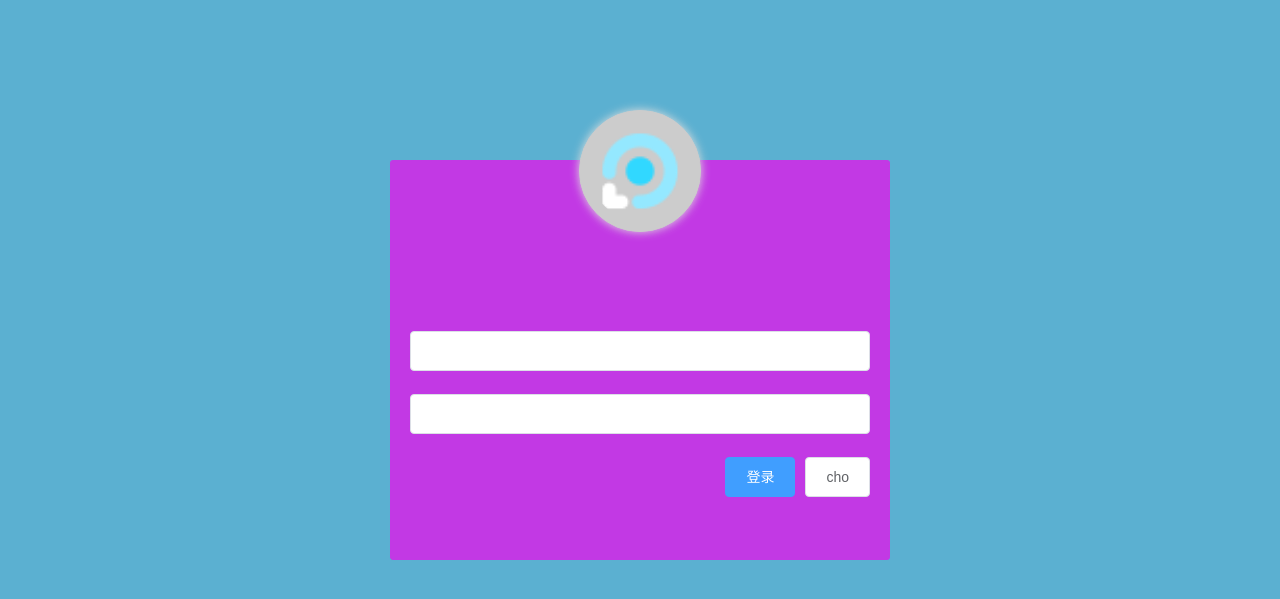
Repository: yuanquan-art/vue-cli
Page: /
These files come from the project's save history. The page is drawn as it stood at one moment and after the next save; the edit follows.
The browser window is 1280 px wide. The pictures show the whole page.
The project was rebuilt for these pictures with package versions that can differ from the ones it lists, and the page was loaded fresh each time. Also part of the build but not shown: vue.config.js, src/components/Face/Face.vue, src/components/Home.vue, src/components/user.vue, src/components/showAddUser.vue, src/components/showAddDept.vue, src/components/showUpdateDept.vue, src/components/showAddJob.vue and 10 more. Imported but missing from the stored project, and not drawn on this page: src/components/showUpdateUser.vue.

Above is the page before, as saved 2020-10-17 10:45:31.

### src/main.js
import Vue from 'vue'
import App from './App.vue'
import router from './router'
import store from './store'
import './plugins/element.js'
import './assets/css/global.css'

import axios from 'axios'
// 配置请求的根路径
// axios.defaults.baseURL = 'http://95659512372a.ngrok.io/csi_employee_home_webui/'
// 通过axios 请求拦截器添加token,保证拥有获取数据的权限
axios.interceptors.request.use (config => {
  //为请求头对象，添加Token验证的Authorization字段
  config.headers.Authorization = window.sessionStorage.getItem('token')
  return config
})
Vue.prototype.$http = axios

Vue.config.productionTip = false

new Vue({
  router,
  store,
  render: h => h(App)
}).$mount('#app')

### src/App.vue
<template>
  <div id="app">
     <!-- 路由占位符 -->
     <router-view></router-view>
  </div>
</template>

<script>

export default {

}
</script>

<style lang="less" scoped>

</style>

### src/router/index.js
import Vue from 'vue'
import VueRouter from 'vue-router'
import Login from "../components/Login.vue"
import Face from "../components/Face/Face.vue"
import Home from "../components/Home.vue"
import Users from '../components/user.vue'
import UpdateUser from '../components/showUpdateUser.vue'
import AddUser from '../components/showAddUser.vue'
import AddDept from '../components/showAddDept.vue'
import UpdateDept from '../components/showUpdateDept.vue'
import AddJob from '../components/showAddJob.vue'
import UpdateJob from '../components/showUpdateJob.vue'
import EmployeeQuery from "../components/Employee/EmployeeQuery.vue";
import ShowAddEmployee from "../components/Employee/ShowAddEmployee.vue";
import ShowUpdateEmployee from "../components/Employee/ShowUpdateEmployee.vue";
import Notice from "../components/Notice/Notice.vue";
import UpdateNotice from "../components/Notice/ShowUpdateNotice.vue";
import AddNotice from "../components/Notice/ShowAddNotice.vue";
import Document from "../components/Document/Document.vue";
import UpdateDocument from "../components/Document/ShowUpdateDocument.vue";
import AddDocument from "../components/Document/ShowAddDocument.vue";

Vue.use(VueRouter);

const routes = [
  { path: "/", redirect: "/login" },
  {
    path: '/login',component: Login
  },
  {
    path: '/home',
    component: Home,
    children: [
  {
    path: '/face',component: Face
  },
  {
    path: "/employee",
    component: EmployeeQuery,
  },
  {
    path: "/addEmployee",
    component: ShowAddEmployee,
  },
  {
    path: "/updateEmployee",
    component: ShowUpdateEmployee,
  },
  {
    path: "/notice",
    component: Notice,
  },
  {
    path: "/updateNotice",
    component: UpdateNotice,
  },
  {
    path: "/addNotice",
    component: AddNotice,
  },
  {
    path: "/document",
    component: Document,
  },
  {
    path: "/updateDocument",
    component: UpdateDocument,
  },
  {
    path: "/addDocument",
    component: AddDocument,
  },
  { path: '/users', component: Users },
      { path: '/updateuser', component: UpdateUser },
      { path: '/adduser', component: AddUser },
      { path: '/adddept', component: AddDept },
      { path: '/updatedept', component: UpdateDept },
      { path: '/updatejob', component: UpdateJob },
      { path: '/addjob', component: AddJob }
]
  }
];

const router = new VueRouter({
  routes,
});

export default router;

### src/plugins/element.js
import Vue from 'vue'
import {
    Button,
    Breadcrumb,
    BreadcrumbItem,
    Card,
    Select,
    Option,
    Input,
    Row,
    Table,
    TableColumn,
    Pagination,
    Form,
    FormItem,
    Container,
    Header,
    Aside,
    Menu,
    Submenu,
    MenuItem,
    Main,
    Col
} from 'element-ui'


Vue.use(Button)
Vue.use(Breadcrumb)
Vue.use(BreadcrumbItem)
Vue.use(Card)
Vue.use(Select)
Vue.use(Option)
Vue.use(Input)
Vue.use(Row)
Vue.use(Table)
Vue.use(TableColumn)
Vue.use(Pagination)
Vue.use(Form)
Vue.use(FormItem)
Vue.use(Container)
Vue.use(Header)
Vue.use(Aside)
Vue.use(Menu)
Vue.use(Submenu)
Vue.use(MenuItem)
Vue.use(Main)
Vue.use(Col)

### src/assets/css/global.css
/* 全局样式表 */
html,
body,
#app {
    height: 100%;
    margin: 0;
    padding: 0;
}
.el-breadcrumb {
    margin-bottom: 15px;
    font-size: 15px;
}
.el-card {
    box-shadow: 0 1px 1px rgba(0, 0, 0, 0.15) !important;
}
.el-table {
    margin-bottom: 15px;
    font-size: 12px;
    margin-top: 15px;
}
.el-steps {
    margin: 15px 0;
}
.el-step__title {
    font-size: 13px;
}
.el-cascader-panel {
    height: 200px
}
.ql-editor {
    min-height: 300px;
 }
.area{
	margin-top: 20px;
	width: 500px;
	height: 300px;
}

### src/components/Login.vue
<template>
    <div class="login_container">
        <div class="login_box">
            <!-- 头像区域 -->
           <div class="avatar_box">
               <img src="../assets/images/icon.png" alt="">
           </div>
           <!-- 登录表单区域 -->
           <el-form ref="loginFormRef" :model="loginForm" :rules="loginFormRules" label-width="0px" class="login_form">
               <!-- 用户名 -->
              <el-form-item prop="username">
                 <el-input v-model="loginForm.username" prefix-icon="iconfont icon-user"></el-input>
              </el-form-item>
              <!-- 密码 -->
              <el-form-item prop="password">
                 <el-input v-model="loginForm.password" prefix-icon="iconfont icon-3702mima" type="password"></el-input>
              </el-form-item>
              <el-form-item class="btns">
                  <!-- 登录 -->
                  <el-button type="primary" @click="login">登录</el-button>
                  <!-- 刷脸登录 -->
                  <el-button  @click="FaceLogin">cho</el-button>
              </el-form-item>
           </el-form>
        </div>
    </div>
</template>

<script>
export default {
     data () {
         return {
          // 这是登录表单的数据绑定对象
         loginForm: {
                username: '',
                password: ''
            },
            // 这是登录表单验证的规则对象
         loginFormRules: {
             // 验证用户名是否合法
             username: [
              { required: true, message: '请输入登录名称', trigger: 'blur' },
              { min: 3, max: 10, message: '长度在 3 到 10 个字符', trigger: 'blur' }
            ],
             // 验证密码是否合法
             password: [
             { min: 6, max: 15, message: '长度在 6 到 15 个字符', trigger: 'blur' }
            ]
         }
      }
    },
    methods: {
        //点击重置按钮，重置登录表单
       async login () {
        // 表单预验证
        // this.$refs.loginFormRef.validate(async valid => {
        //   if (!valid) return;
        const res =await this.$http.post('/api/user/login',{
                  "loginName":"test1",
                  "password":"123456"
         }
          );
          console.log(res)
        //   if (res.meta.status !== 200) return this.$message.error('登录失败');
        //   this.$message.success('登录成功');
        //   // 1. 将登录成功之后的token,保存到客户端的sessionStorage 中
        //   //   1.1 项目中出了登录之外的其他API接口，必须在登录之后才能访问
        //   //   1.2 token 只应在当前网站打开期间生效，所以将token保存在sessionStorage中
        //    window.sessionStorage.setItem('token',res.data.token);
          // 2.通过编程式导航跳转到后台主页，路由地址是 /home
          this.$router.push('/home')
        // });
        }
    }
}
</script>

<style lang="less" scoped>
 .login_container {
     background-color: rgb(91, 176, 209);
     height: 100%;
     position: relative;
 }
 .login_box {
    height: 400px;
    width: 500px;
    border-radius: 3px;
    background-color: rgb(194, 57, 228);
    position: absolute;
    top: 50%;
    left: 50%;
    transform: translate(-50%,-50%);
 }
 .avatar_box {
     width: 100px;
     height: 100px;
     background-color: #ccc;
     border-radius: 50%;
     padding: 10px;
     margin: -50px auto 0;
     border: 1px solid #ccc;
     box-shadow: 0 0 10px #ddd;
     img {
         width: 100px;
         width: 100px;
         border-radius: 50%;
     }
 }
 .btns {
     display: flex;
     justify-content: flex-end;
 }
 .login_form {
     position: absolute;
     bottom: 20px;
     width: 100%;
     padding: 20px;
     box-sizing: border-box;
 }
</style>

Loaded but not shown: public/index.html (common file); src/store/index.js (common file)

After the next save:
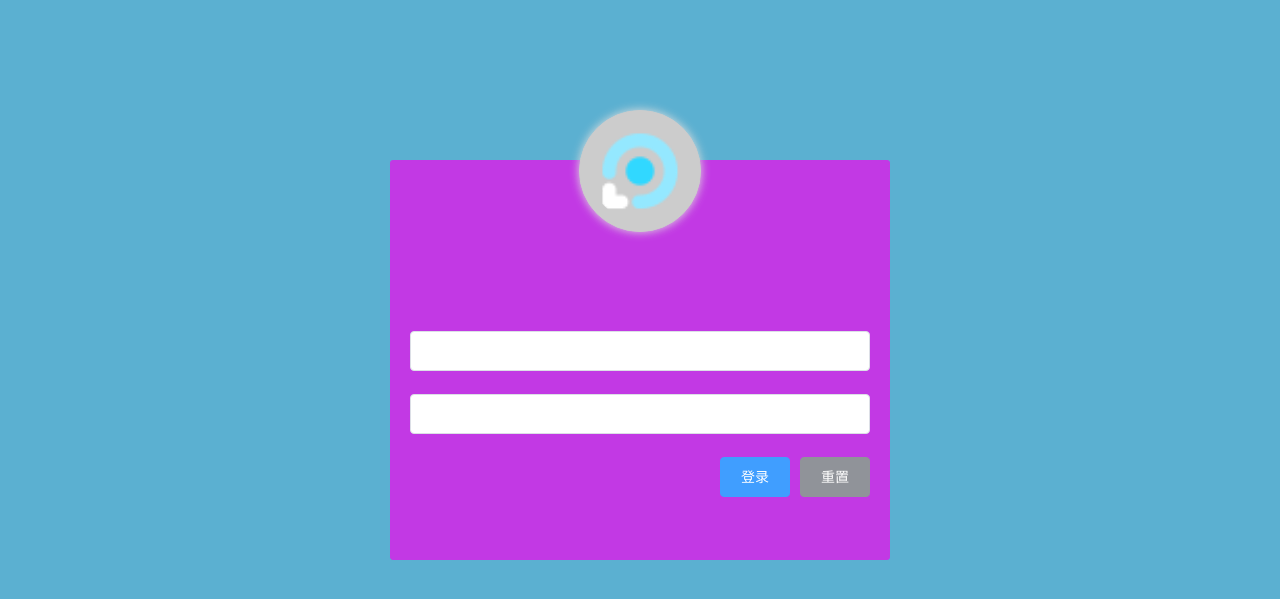
Saved 8 min 26 s later.
--- a/src/components/Login.vue
+++ b/src/components/Login.vue
@@ -19,7 +19,7 @@
                   <!-- 登录 -->
                   <el-button type="primary" @click="login">登录</el-button>
                   <!-- 刷脸登录 -->
-                  <el-button  @click="FaceLogin">cho</el-button>
+                     <el-button type="info" @click="resetForm">重置</el-button>
               </el-form-item>
            </el-form>
         </div>
